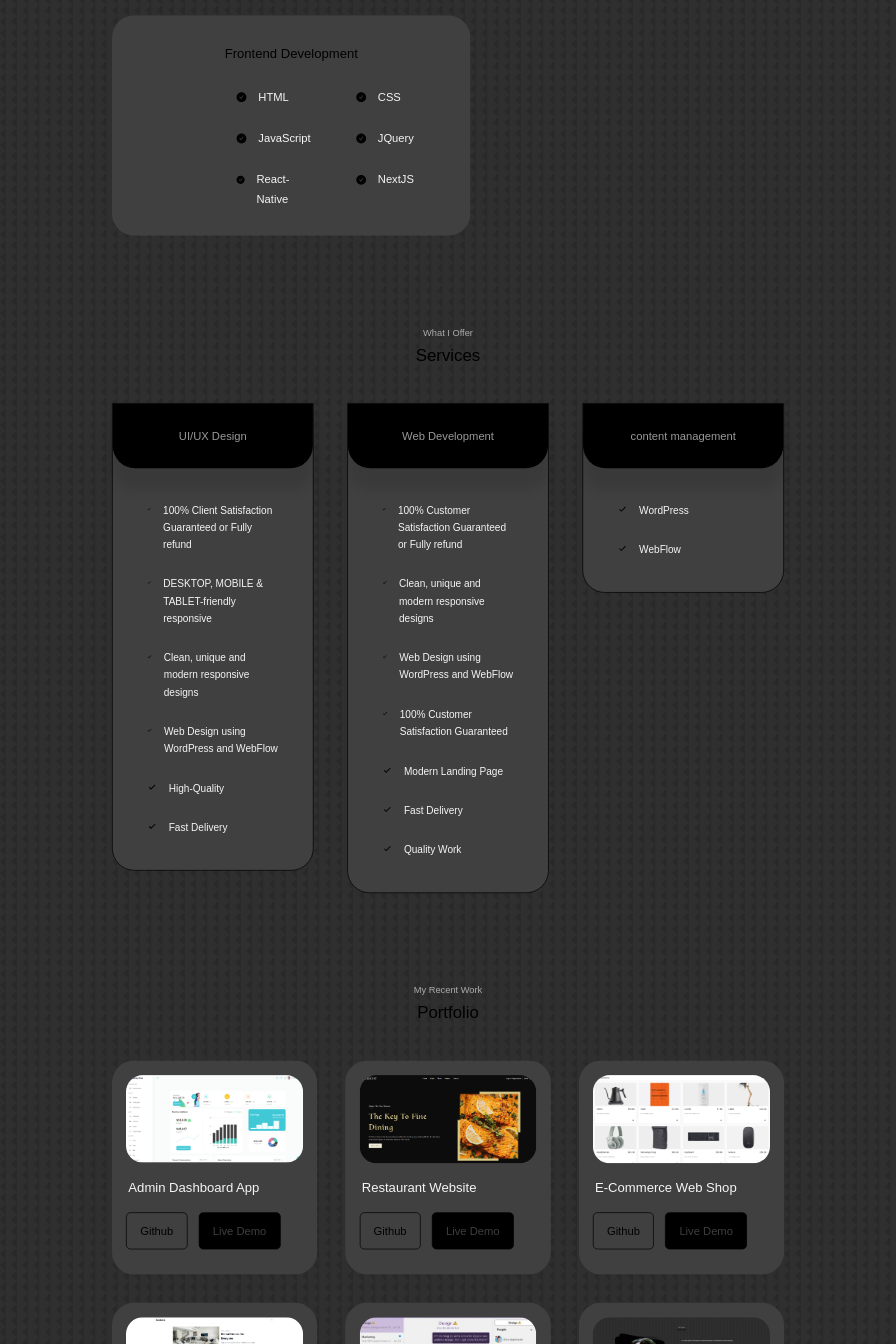
Repository: Z-Bahaa/project_joker_react_portfolio
Page: /
These files come from the project's save history. The page is drawn as it stood at one moment and after the next save; the edit follows.
The browser window is 1280 px wide. The pictures show the part of the page from y = 1657 to 3577 px (the page is 5158 px tall before and 5131 px after), at 70% of full size.
Some web fonts or font styles are not loaded; a fallback is used. The project was rebuilt for these pictures with package versions that can differ from the ones it lists, and the page was loaded fresh each time. Imported but missing from the stored project, and not drawn on this page: src/assets/resume.pdf.

Above is the page before, as saved 2023-08-20 23:13:56.

After the next save:
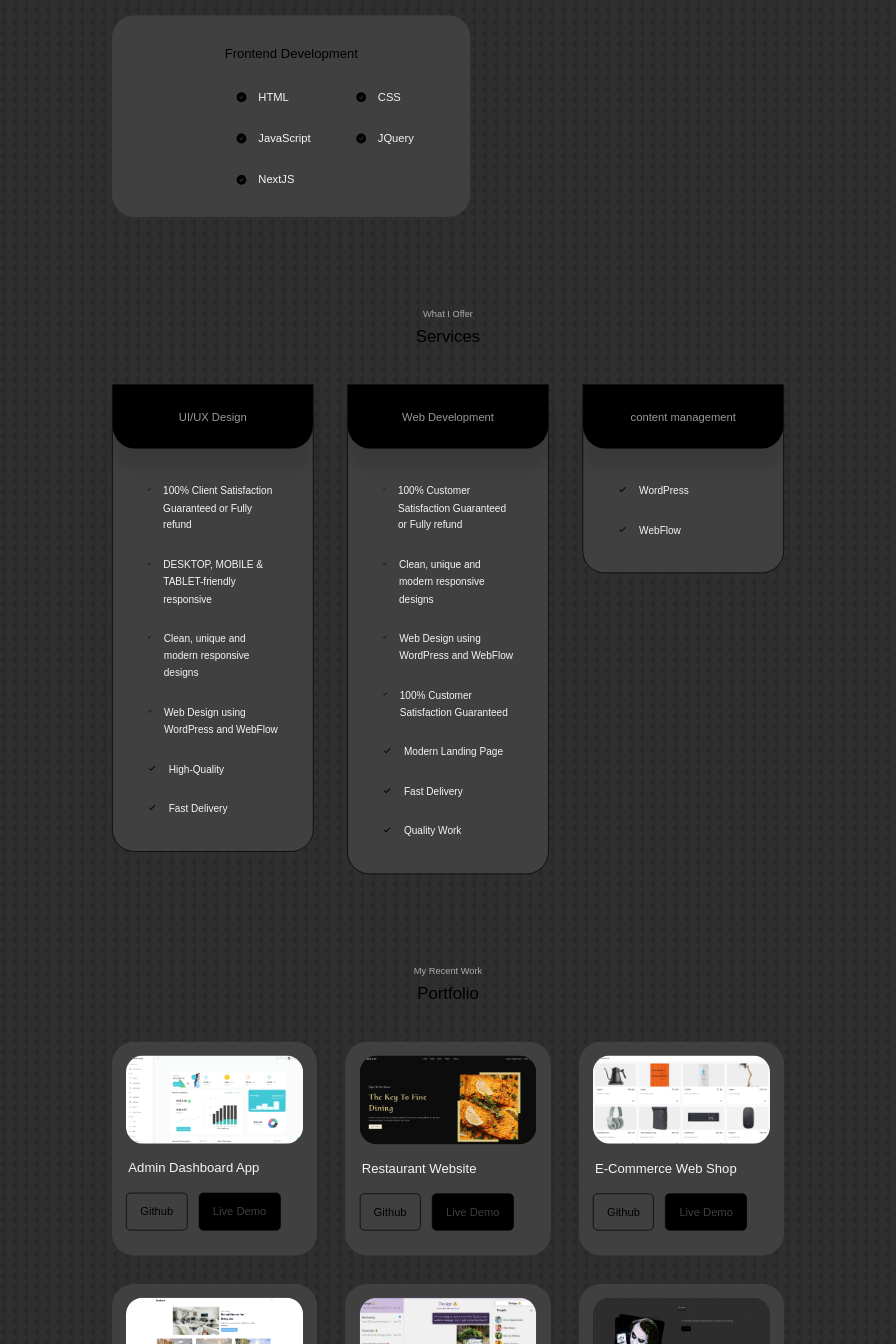
Saved 6 s later.
--- a/src/data/experiences.js
+++ b/src/data/experiences.js
@@ -125,11 +125,6 @@
     "level": ""
   },
   {
-    "name": "React-Native",
-    "experience": "",
-    "level": ""
-  },
-  {
     "name": "NextJS",
     "experience": "",
     "level": ""
